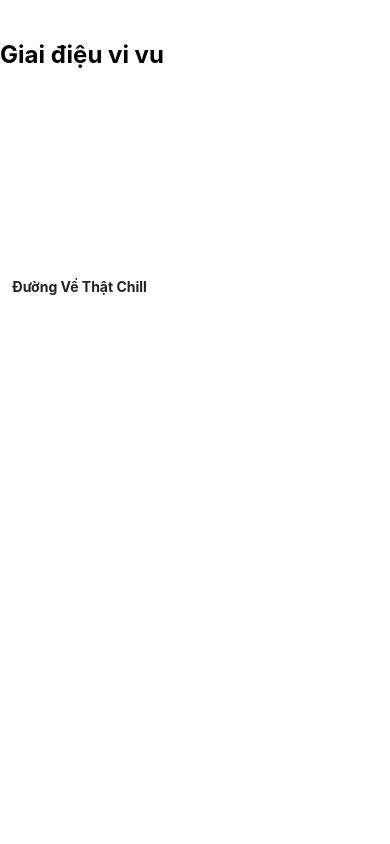
Repository: kauittt/Mobile
Page: /
These files come from the project's save history. The page is drawn as it stood at one moment and after the next save; the edit follows.
The browser window is 390 px wide. The pictures show the whole page.
The app was drawn by React Native's web renderer in a window 390 px wide. The project was rebuilt for these pictures with package versions that can differ from the ones it lists, and the page was loaded fresh each time.

Above is the page before, as saved 2023-04-30 11:44:12.

After the next save:
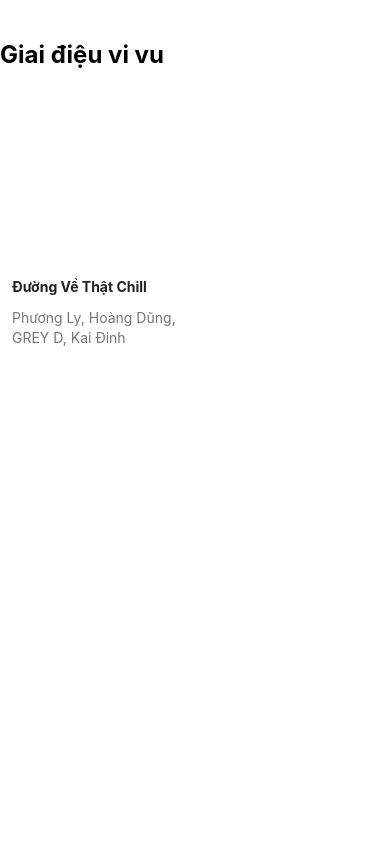
Saved 2 min 32 s later.
--- a/components/Content/SectionItem/SectionItem.jsx
+++ b/components/Content/SectionItem/SectionItem.jsx
@@ -27,8 +27,16 @@ const SectionItem = ({url, title, singers}) => {
           <Text style={{color: '#212121'}}>Hoàng Dũng, </Text>
           <Text style={{color: '#212121'}}>GREY D, </Text>
           <Text style={{color: '#212121'}}>Kai Đinh</Text> */}
-          {singers.forEach(item => {
+          {/* {singers.forEach(item => {
             return <Text style={{color: '#212121'}}>{item}</Text>;
+          })} */}
+
+          {singers.map((item, index) => {
+            if (index === singers.length - 1) {
+              return <Text key={index}>{item}</Text>;
+            } else {
+              return <Text key={index}>{item}, </Text>;
+            }
           })}
         </Text>
       </View>
